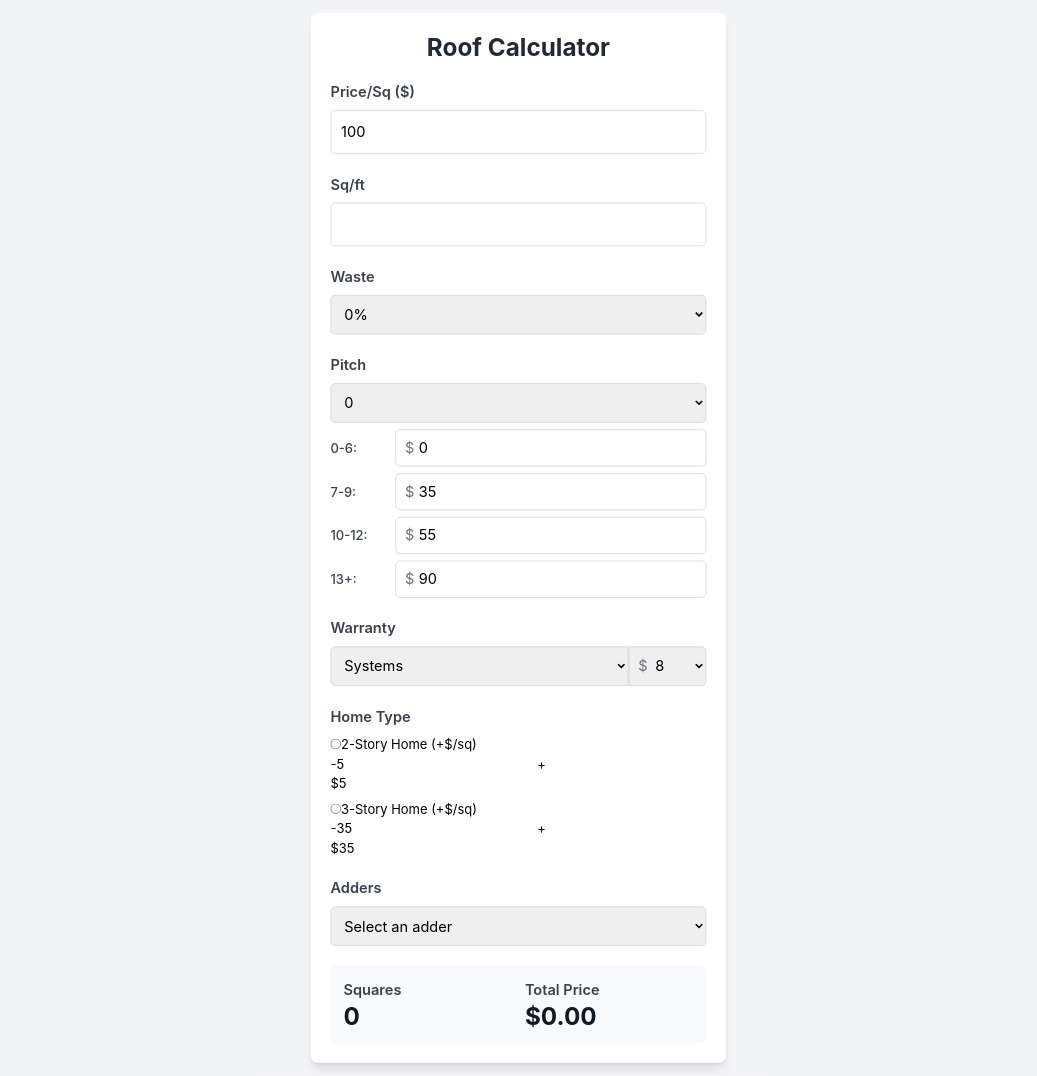
Repository: Tripp-L/roof-calc-app
Page: /
These files come from the project's save history. The page is drawn as it stood at one moment and after the next save; the edit follows.
The browser window is 1280 px wide. The pictures show the whole page, at 81% of full size.
The project was rebuilt for these pictures with package versions that can differ from the ones it lists, and the page was loaded fresh each time.

Above is the page before, as saved 2024-10-13 22:37:09.

### public/index.html
<!DOCTYPE html>
<html lang="en">
  <head>
    <meta charset="utf-8" />
    <meta name="viewport" content="width=device-width, initial-scale=1" />
    <title>Roof Calc App</title>
  </head>
  <body>
    <noscript>You need to enable JavaScript to run this app.</noscript>
    <div id="root"></div>
  </body>
</html>

### src/App.js
import React, { useState, useEffect } from 'react';
import './App.css';

function App() {
  const [pricePerSquare, setPricePerSquare] = useState(() => localStorage.getItem('pricePerSquare') || '100');
  const [sqFt, setSqFt] = useState(() => localStorage.getItem('sqFt') || '');
  const [wastePercentage, setWastePercentage] = useState(() => localStorage.getItem('wastePercentage') || '0');
  const [pitch, setPitch] = useState(() => localStorage.getItem('pitch') || '0');
  const [warranty, setWarranty] = useState(() => localStorage.getItem('warranty') || 'Systems');
  const [warrantyPrices, setWarrantyPrices] = useState(() => {
    const savedWarrantyPrices = localStorage.getItem('warrantyPrices');
    return savedWarrantyPrices ? JSON.parse(savedWarrantyPrices) : {
      Systems: 8,
      Silver: 11,
      'Golden Pledge': 15
    };
  });
  const [squareCount, setSquareCount] = useState(0);
  const [totalPrice, setTotalPrice] = useState(0);
  const [selectedAdder, setSelectedAdder] = useState('');
  const [adderPrices, setAdderPrices] = useState({
    'Soffit (under 12")': 18,
    'Gutters (5"-6", 1 story)': 12,
    'Gutters (5"-6", 2 story)': 15,
    'OSB (oriented strand board)': 100,
    'Ultimate Pipe Boot (neoprene)': 100
  });
  const [adderQuantities, setAdderQuantities] = useState({
    'Soffit (under 12")': 0,
    'Gutters (5"-6", 1 story)': 0,
    'Gutters (5"-6", 2 story)': 0,
    'OSB (oriented strand board)': 0,
    'Ultimate Pipe Boot (neoprene)': 0
  });
  const [homeStories, setHomeStories] = useState('single');
  const [twoStoryPrice, setTwoStoryPrice] = useState(5);
  const [threeStoryPrice, setThreeStoryPrice] = useState(35);

  const minWarrantyPrices = {
    Systems: 8,
    Silver: 11,
    'Golden Pledge': 15
  };

  const [pitchPrices, setPitchPrices] = useState({
    '0-6': 0,
    '7-9': 35,
    '10-12': 55,
    '13+': 90
  });

  useEffect(() => {
    calculateTotalPrice();
  }, [pricePerSquare, sqFt, wastePercentage, pitch, warranty, warrantyPrices, selectedAdder, adderPrices, adderQuantities, homeStories, twoStoryPrice, threeStoryPrice]);

  useEffect(() => {
    localStorage.setItem('pricePerSquare', pricePerSquare);
    localStorage.setItem('sqFt', sqFt);
    localStorage.setItem('wastePercentage', wastePercentage);
    localStorage.setItem('pitch', pitch);
    localStorage.setItem('warranty', warranty);
    localStorage.setItem('warrantyPrices', JSON.stringify(warrantyPrices));
  }, [pricePerSquare, sqFt, wastePercentage, pitch, warranty, warrantyPrices]);

  const roundSqFt = (value) => {
    const numValue = parseFloat(value);
    if (isNaN(numValue)) return 0;
    return Math.round(numValue / 100) * 100;
  };

  const calculateSquares = () => {
    const roundedSqFt = roundSqFt(sqFt);
    // Round up if the last two digits are 50 or greater
    return Math.ceil(roundedSqFt / 100);
  };

  const handlePitchPriceChange = (range, value) => {
    const newPrice = Math.max(0, parseInt(value) || 0);
    setPitchPrices(prev => ({...prev, [range]: newPrice}));
  };

  const getPitchRange = (pitch) => {
    if (pitch >= 0 && pitch <= 6) return '0-6';
    if (pitch >= 7 && pitch <= 9) return '7-9';
    if (pitch >= 10 && pitch <= 12) return '10-12';
    return '13+';
  };

  const calculateTotalPrice = () => {
    const baseSquares = calculateSquares();
    const wasteMultiplier = 1 + (parseInt(wastePercentage) / 100);
    const adjustedSquares = Math.ceil(baseSquares * wasteMultiplier);
    setSquareCount(adjustedSquares);

    const basePrice = adjustedSquares * parseFloat(pricePerSquare || 0);
    const warrantyAdder = warrantyPrices[warranty] * adjustedSquares;

    let total = basePrice + warrantyAdder;

    // Add the prices for all adders
    Object.keys(adderPrices).forEach(adder => {
      total += adderPrices[adder] * adderQuantities[adder];
    });

    if (homeStories === 'two') {
      total += squareCount * twoStoryPrice;
    } else if (homeStories === 'three') {
      total += squareCount * threeStoryPrice;
    }

    const pitchRange = getPitchRange(parseInt(pitch));
    total += squareCount * pitchPrices[pitchRange];

    setTotalPrice(total);
  };

  const handleSqFtChange = (e) => {
    const value = e.target.value;
    if (value === '' || /^\d+$/.test(value)) {
      setSqFt(value);
    }
  };

  const handleWarrantyChange = (e) => {
    const newWarranty = e.target.value;
    setWarranty(newWarranty);
    setWarrantyPrices(prev => ({...prev, [newWarranty]: minWarrantyPrices[newWarranty]}));
  };

  const handleWarrantyPriceChange = (e) => {
    const newPrice = parseInt(e.target.value, 10);
    setWarrantyPrices(prev => ({...prev, [warranty]: newPrice}));
  };

  const generateWarrantyPriceOptions = () => {
    // implementation of generateWarrantyPriceOptions function
  };

  const handleAdderChange = (e) => {
    setSelectedAdder(e.target.value);
  };

  const handleAdderPriceChange = (e) => {
    const newPrice = parseInt(e.target.value, 10);
    setAdderPrices(prev => ({...prev, [selectedAdder]: newPrice}));
  };

  const handleAdderQuantityChange = (e) => {
    const newQuantity = parseInt(e.target.value, 10);
    setAdderQuantities(prev => ({...prev, [selectedAdder]: newQuantity}));
  };

  const handleHomeStoriesChange = (stories) => {
    setHomeStories(stories);
  };

  function updateValue(input) {
    if (input.value < 0) input.value = 0;
    input.parentNode.nextElementSibling.textContent = '$' + input.value;
  }

  return (
    <div className="min-h-screen bg-gray-100 flex items-center justify-center p-4">
      <div className="bg-white p-6 rounded-lg shadow-lg w-full max-w-lg">
        <h1 className="text-3xl font-bold mb-6 text-center text-gray-800">Roof Calculator</h1>

        <div className="space-y-6">
          <div>
            <label className="block text-lg font-semibold text-gray-700 mb-2">Price/Sq ($)</label>
            <input
              type="text"
              inputMode="decimal"
              value={pricePerSquare}
              onChange={(e) => setPricePerSquare(e.target.value)}
              className="w-full p-3 border border-gray-300 rounded-md text-lg focus:ring-blue-500 focus:border-blue-500"
            />
          </div>

          <div>
            <label className="block text-lg font-semibold text-gray-700 mb-2">Sq/ft</label>
            <input
              type="text"
              inputMode="numeric"
              value={sqFt}
              onChange={handleSqFtChange}
              className="w-full p-3 border border-gray-300 rounded-md text-lg focus:ring-blue-500 focus:border-blue-500"
            />
          </div>

          <div>
            <label className="block text-lg font-semibold text-gray-700 mb-2">Waste</label>
            <select
              value={wastePercentage}
              onChange={(e) => setWastePercentage(e.target.value)}
              className="w-full p-3 border border-gray-300 rounded-md text-lg focus:ring-blue-500 focus:border-blue-500"
            >
              {Array.from({ length: 36 }, (_, i) => (
                <option key={i} value={i}>{i}%</option>
              ))}
            </select>
          </div>

          <div className="mb-6">
            <label className="block text-lg font-semibold text-gray-700 mb-2">Pitch</label>
            <div className="flex flex-col space-y-2">
              <div className="flex items-center">
                <select
                  value={pitch}
                  onChange={(e) => setPitch(e.target.value)}
                  className="flex-grow p-3 border border-gray-300 rounded-md text-lg focus:ring-blue-500 focus:border-blue-500"
                >
                  {['0', '1', '2', '3', '4', '5', '6', '7', '8', '9', '10', '11', '12', '13+'].map(option => (
                    <option key={option} value={option}>{option}</option>
                  ))}
                </select>
              </div>
              {Object.entries(pitchPrices).map(([range, price]) => (
                <div key={range} className="flex items-center">
                  <span className="text-base font-medium text-gray-700 w-20">{range}:</span>
                  <div className="relative flex-grow">
                    <div className="absolute inset-y-0 left-0 pl-3 flex items-center pointer-events-none">
                      <span className="text-gray-500 text-lg">$</span>
                    </div>
                    <input
                      type="number"
                      value={price}
                      onChange={(e) => handlePitchPriceChange(range, e.target.value)}
                      className="w-full p-2 pl-7 border border-gray-300 rounded-md text-lg focus:ring-blue-500 focus:border-blue-500"
                      min="0"
                    />
                  </div>
                </div>
              ))}
            </div>
          </div>

          <div>
            <label className="block text-lg font-semibold text-gray-700 mb-2">Warranty</label>
            <div className="flex">
              <select
                value={warranty}
                onChange={handleWarrantyChange}
                className="flex-grow p-3 border border-gray-300 rounded-l-md text-lg focus:ring-blue-500 focus:border-blue-500"
              >
                <option value="Systems">Systems</option>
                <option value="Silver">Silver</option>
                <option value="Golden Pledge">Golden Pledge</option>
              </select>
              <div className="relative flex-shrink-0">
                <div className="absolute inset-y-0 left-0 pl-3 flex items-center pointer-events-none">
                  <span className="text-gray-500 text-lg">$</span>
                </div>
                <select
                  value={warrantyPrices[warranty]}
                  onChange={handleWarrantyPriceChange}
                  className="w-24 p-3 pl-7 border border-gray-300 rounded-r-md text-lg focus:ring-blue-500 focus:border-blue-500"
                >
                  {Array.from({ length: 51 }, (_, i) => i).map(price => (
                    <option key={price} value={price}>{price}</option>
                  ))}
                </select>
              </div>
            </div>
          </div>

          <div>
            <label className="block text-lg font-semibold text-gray-700 mb-2">Home Type</label>
            <div className="space-y-2">
              <div className="input-group">
                <label>
                  <input type="radio" name="homeType" value="2-Story" checked={homeStories === 'two'} onChange={() => handleHomeStoriesChange('two')} />
                  2-Story Home (+$/sq)
                </label>
                <div className="number-input">
                  <button onClick={() => setTwoStoryPrice(Math.max(0, twoStoryPrice - 1))} type="button">-</button>
                  <input type="number" min="0" value={twoStoryPrice} onChange={(e) => setTwoStoryPrice(Math.max(0, parseInt(e.target.value) || 0))} />
                  <button onClick={() => setTwoStoryPrice(twoStoryPrice + 1)} type="button">+</button>
                </div>
                <span className="price-display">${twoStoryPrice}</span>
              </div>

              <div className="input-group">
                <label>
                  <input type="radio" name="homeType" value="3-Story" checked={homeStories === 'three'} onChange={() => handleHomeStoriesChange('three')} />
                  3-Story Home (+$/sq)
                </label>
                <div className="number-input">
                  <button onClick={() => setThreeStoryPrice(Math.max(0, threeStoryPrice - 1))} type="button">-</button>
                  <input type="number" min="0" value={threeStoryPrice} onChange={(e) => setThreeStoryPrice(Math.max(0, parseInt(e.target.value) || 0))} />
                  <button onClick={() => setThreeStoryPrice(threeStoryPrice + 1)} type="button">+</button>
                </div>
                <span className="price-display">${threeStoryPrice}</span>
              </div>
            </div>
          </div>

          <div className="mb-6">
            <label className="block text-lg font-semibold text-gray-700 mb-2">Adders</label>
            <div className="flex flex-col space-y-2">
              <select
                value={selectedAdder}
                onChange={handleAdderChange}
                className="w-full p-3 border border-gray-300 rounded-md text-lg focus:ring-blue-500 focus:border-blue-500"
              >
                <option value="">Select an adder</option>
                {Object.keys(adderPrices).map(adder => (
                  <option key={adder} value={adder}>{adder}</option>
                ))}
              </select>
              {selectedAdder && (
                <div className="flex space-x-2">
                  <div className="flex-grow relative">
                    <div className="absolute inset-y-0 left-0 pl-3 flex items-center pointer-events-none">
                      <span className="text-gray-500 text-lg">$</span>
                    </div>
                    <input
                      type="number"
                      value={adderPrices[selectedAdder]}
                      onChange={handleAdderPriceChange}
                      className="w-full p-3 pl-7 border border-gray-300 rounded-md text-lg focus:ring-blue-500 focus:border-blue-500"
                      placeholder="Price"
                      min="0"
                    />
                  </div>
                  <input
                    type="number"
                    value={adderQuantities[selectedAdder]}
                    onChange={handleAdderQuantityChange}
                    className="w-1/3 p-3 border border-gray-300 rounded-md text-lg focus:ring-blue-500 focus:border-blue-500"
                    placeholder="Qty"
                    min="0"
                  />
                </div>
              )}
            </div>
            {selectedAdder && (
              <div className="text-base text-gray-500 mt-2">
                {`${selectedAdder}: $${adderPrices[selectedAdder]}${selectedAdder.includes('OSB') || selectedAdder.includes('Ultimate Pipe Boot') ? '/item' : '/ft'}`}
              </div>
            )}
          </div>

          <div className="mt-8 bg-gray-50 p-4 rounded-md">
            <div className="grid grid-cols-2 gap-4">
              <div>
                <p className="text-lg font-semibold text-gray-700">Squares</p>
                <p className="text-3xl font-bold text-gray-900">{squareCount}</p>
              </div>
              <div>
                <p className="text-lg font-semibold text-gray-700">Total Price</p>
                <p className="text-3xl font-bold text-gray-900">${totalPrice.toFixed(2)}</p>
              </div>
            </div>
          </div>
        </div>
      </div>
    </div>
  );
}

export default App;

### src/App.css
@import 'tailwindcss/base';
@import 'tailwindcss/components';
@import 'tailwindcss/utilities';

body {
  font-family: -apple-system, BlinkMacSystemFont, "Segoe UI", Roboto, Helvetica, Arial, sans-serif, "Apple Color Emoji", "Segoe UI Emoji", "Segoe UI Symbol";
}

input:focus, select:focus {
  outline: none;
}

.price-input-container {
  display: inline-flex;
  align-items: center;
  border: 1px solid #ccc;
  border-radius: 4px;
  overflow: hidden;
}

.price-symbol {
  padding-left: 8px;
  color: #666;
}

.price-input {
  border: none;
  outline: none;
  padding: 8px;
  width: 60px;
  font-size: 16px;
  text-align: left;
}

.price-input::-webkit-inner-spin-button,
.price-input::-webkit-outer-spin-button {
  -webkit-appearance: none;
  margin: 0;
}

.App {
  display: flex;
  flex-direction: column;
  min-height: 100vh;
  max-width: 100%;
  padding: 20px;
  font-size: 16px;
  line-height: 1.5;
  touch-action: manipulation;
}

@media (min-width: 768px) {
  .App {
    max-width: 90%;
    margin: 0 auto;
  }
}

@media (min-width: 1024px) {
  .App {
    max-width: 1200px;
  }
}

.App input,
.App select,
.App button {
  font-size: 16px;
  padding: 12px;
  margin: 10px 0;
  border-radius: 8px;
  border: 1px solid #ccc;
  width: 100%;
  box-sizing: border-box;
}

.App button {
  background-color: #007bff;
  color: white;
  border: none;
  cursor: pointer;
  transition: background-color 0.3s ease;
}

.App button:hover,
.App button:focus {
  background-color: #0056b3;
}

.App label {
  display: block;
  margin-bottom: 5px;
  font-weight: bold;
}

.sqft-input {
  width: 10%;
  padding: 8px;
  margin-top: 5px;
  border: 1px solid #ccc;
  border-radius: 4px;
  box-sizing: border-box;
}

.waste-select {
  width: 10%;
  padding: 8px;
  margin-top: 5px;
  border: 1px solid #ccc;
  border-radius: 4px;
  box-sizing: border-box;
}

.warranty-container {
  display: flex;
  align-items: center;
  margin-bottom: 10px;
}

.warranty-price-container {
  display: flex;
  align-items: center;
  margin-left: 10px;
}

.dollar-sign {
  margin-right: 5px;
  font-weight: bold;
}

.warranty-price-adjust {
  padding: 5px;
}

.warranty-price-adjust::before {
  content: "+";
  margin-right: 5px;
}

.warranty-adjust {
  margin-left: 10px;
}

.warranty-adjust select {
  margin-left: 5px;
}

.keypad button:last-child {
  grid-column: span 4;
  background-color: #f0f0f0;
  color: #333;
}

.digits button:last-child {
  background-color: #f0f0f0;
  color: #333;
  grid-column: span 2;
}

.home-type-section {
  margin-bottom: 20px;
}

.home-type-options {
  display: flex;
  justify-content: space-between;
  align-items: center;
  margin-bottom: 10px;
}

.home-type-options label {
  display: flex;
  align-items: center;
}

.price-input {
  display: flex;
  align-items: center;
  border: 1px solid #ccc;
  border-radius: 4px;
  padding: 5px;
}

.price-input span {
  margin-right: 5px;
}

.price-input input {
  border: none;
  outline: none;
  width: 60px;
}

Loaded but not shown: src/index.js (common file); tailwind.config.js (common file)

After the next save:
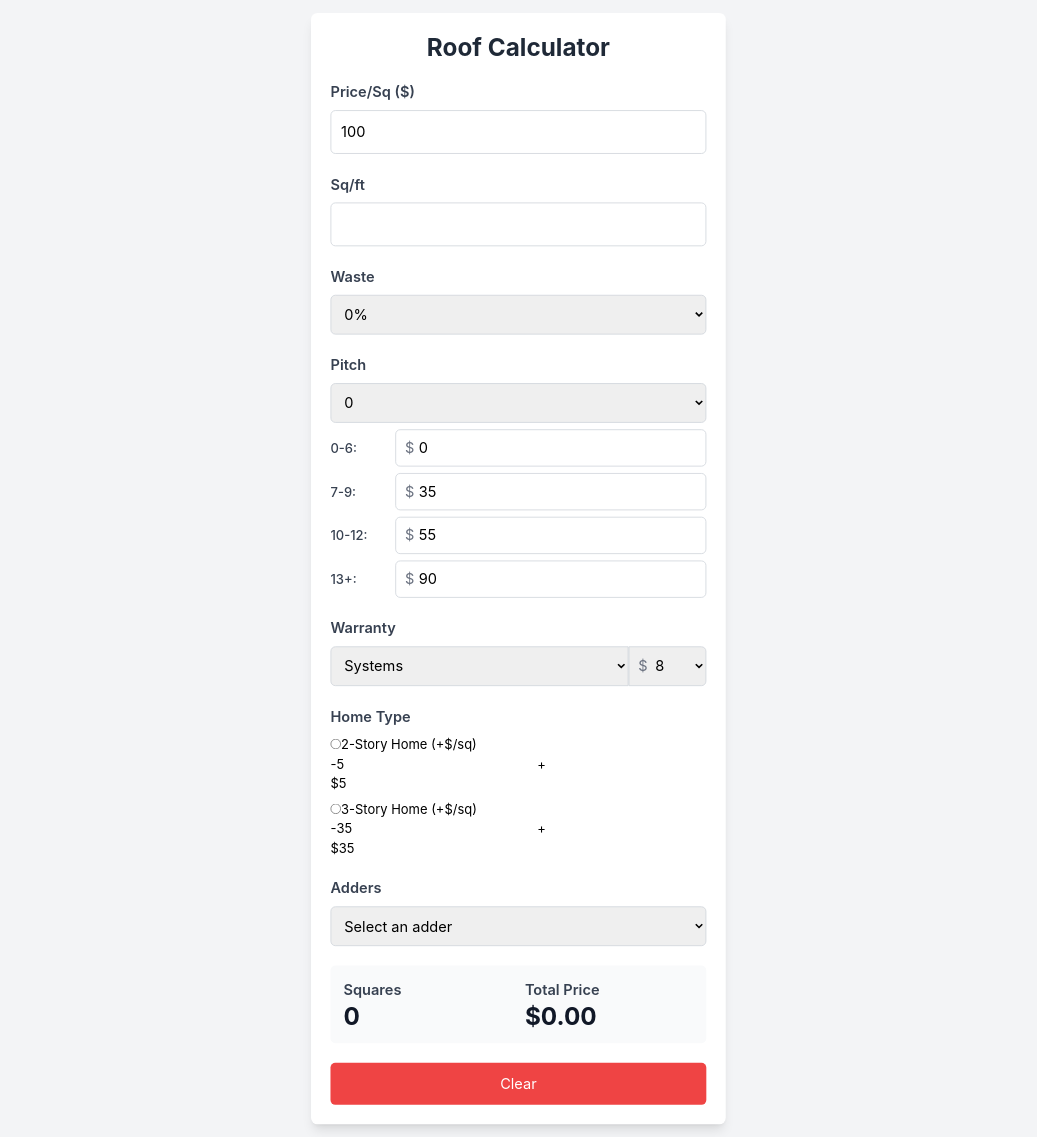
Saved 78 s later.
--- a/src/App.js
+++ b/src/App.js
@@ -158,6 +158,39 @@ function App() {
     if (input.value < 0) input.value = 0;
     input.parentNode.nextElementSibling.textContent = '$' + input.value;
   }
+
+  const clearCalculator = () => {
+    setPricePerSquare('100');
+    setSqFt('');
+    setWastePercentage('0');
+    setPitch('0');
+    setWarranty('Systems');
+    setWarrantyPrices({
+      Systems: 8,
+      Silver: 11,
+      'Golden Pledge': 15
+    });
+    setSquareCount(0);
+    setTotalPrice(0);
+    setSelectedAdder('');
+    setAdderPrices({
+      'Soffit (under 12")': 18,
+      'Gutters (5"-6", 1 story)': 12,
+      'Gutters (5"-6", 2 story)': 15,
+      'OSB (oriented strand board)': 100,
+      'Ultimate Pipe Boot (neoprene)': 100
+    });
+    setAdderQuantities({
+      'Soffit (under 12")': 0,
+      'Gutters (5"-6", 1 story)': 0,
+      'Gutters (5"-6", 2 story)': 0,
+      'OSB (oriented strand board)': 0,
+      'Ultimate Pipe Boot (neoprene)': 0
+    });
+    setHomeStories('single');
+    setTwoStoryPrice(5);
+    setThreeStoryPrice(35);
+  };
 
   return (
     <div className="min-h-screen bg-gray-100 flex items-center justify-center p-4">
@@ -352,6 +385,10 @@ function App() {
               </div>
             </div>
           </div>
+
+          <div className="mt-4">
+            <button onClick={clearCalculator} className="w-full p-3 bg-red-500 text-white rounded-md text-lg hover:bg-red-600">Clear</button>
+          </div>
         </div>
       </div>
     </div>
